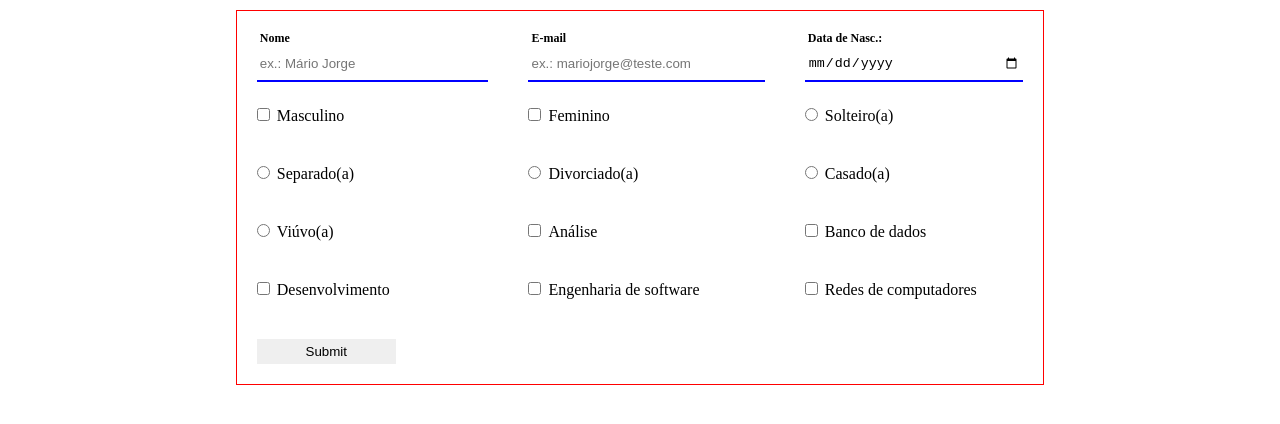
Repository: mjRibeiroTriscal/UVA_Projects
Page: Proj_A1_AVA2_2020_1/index.html
The author's editor kept a copy of each file at every save. The page is drawn from the files as they stood at one save, then again after the next save.
The browser window is 1280 px wide. The pictures show the whole page.

Above is the page before, as saved 2020-03-13 11:45:19.

### Proj_A1_AVA2_2020_1/index.html
<!--
*   @project     A1_AVA2_UVA_2020_1
*   @author      Mário Jorge (mariojgmaster@yahoo.com.br)
*   @Git         MJRibeiroTriscal (https://github.com/mjRibeiroTriscal)
-->

<html>

<head>
    <meta charset="UTF-8">
    <title>Tell Me About You</title>
    <!-- <link rel="icon" href="./favicon.png" sizes="16x16 32x32" type="image/png"> -->
    <script src="./script.js"></script>
    <link rel="stylesheet" href="./style.css" />
</head>

<body>
    <div id="container">

        <header>

        </header>

        <section>

            <form class="gridContainer" name="formUva" action="http://google.co">

                <div class="gridItem">
                    <label for="nome" class="labelFirst">Nome</label>
                    <input id="nome" type="text" name="nome" placeholder="ex.: Mário Jorge" />
                </div>
                <div class="gridItem">
                    <label for="email" class="labelFirst">E-mail</label>
                    <input id="email" type="text" name="email" placeholder="ex.: mariojorge@teste.com" />
                </div>

                <div class="gridItem">
                    <label for="dataNasc" class="labelFirst">Data de Nasc.:</label>
                    <input id="dataNasc" type="date" name="dataNasc" />
                </div>

                <div class="gridItem">
                    <input id="masc" type="checkbox" name="masc" />
                    <label for="masc">Masculino</label>
                </div>
                <div class="gridItem">
                    <input id="fem" type="checkbox" name="fem" />
                    <label for="fem">Feminino</label>
                </div>

                <div class="gridItem">
                    <input id="solteiro" type="radio" name="estCivil" />
                    <label for="solteiro">Solteiro(a)</label>
                </div>
                <div class="gridItem">
                    <input id="separado" type="radio" name="estCivil" />
                    <label for="separado">Separado(a)</label>
                </div>
                <div class="gridItem">
                    <input id="divorciado" type="radio" name="estCivil" />
                    <label for="divorciado">Divorciado(a)</label>
                </div>
                <div class="gridItem">
                    <input id="casado" type="radio" name="estCivil" />
                    <label for="casado">Casado(a)</label>
                </div>
                <div class="gridItem">
                    <input id="viuvo" type="radio" name="estCivil" />
                    <label for="viuvo">Viúvo(a)</label>
                </div>

                <div class="gridItem">
                    <input id="analise" type="checkbox" name="analise" />
                    <label for="analise">Análise</label>
                </div>
                <div class="gridItem">
                    <input id="bancoDados" type="checkbox" name="bancoDados" />
                    <label for="bancoDados">Banco de dados</label>
                </div>
                <div class="gridItem">
                    <input id="desenvolvimento" type="checkbox" name="desenvolvimento" />
                    <label for="desenvolvimento">Desenvolvimento</label>
                </div>
                <div class="gridItem">
                    <input id="engenhariaSoftware" type="checkbox" name="engenhariaSoftware" />
                    <label for="engenhariaSoftware">Engenharia de software</label>
                </div>
                <div class="gridItem">
                    <input id="redesComputadores" type="checkbox" name="redesComputadores" />
                    <label for="redesComputadores">Redes de computadores</label>
                </div>

                <div class="gridItem itemFlex">
                    <input type="submit" value="Submit">
                </div>

            </form>

        </section>

        <footer>

        </footer>

</body>

</html>

### Proj_A1_AVA2_2020_1/script.js
/*
 *   @project     A1_AVA2_UVA_2020_1
 *   @author      Mário Jorge (mariojgmaster@yahoo.com.br)
 *   @Git         MJRibeiroTriscal (https://github.com/mjRibeiroTriscal)
 */

### Proj_A1_AVA2_2020_1/style.css
/*
 *   @project     A1_AVA2_UVA_2020_1
 *   @author      Mário Jorge (mariojgmaster@yahoo.com.br)
 *   @Git         MJRibeiroTriscal (https://github.com/mjRibeiroTriscal)
 */

* {
    margin: 0px;
    padding: 0px;
}

#container {
    padding: 10px;
    display: flex;
    align-items: center;
    justify-content: center;
}

section {
    width: 80%;
    display: flex;
    align-items: center;
    justify-content: center;
}

section form.gridContainer {
    width: 80%;
}

label.labelFirst {
    font-size: 12px;
    font-weight: bold;
}

label {
    margin-left: 3px;
}

input {
    border: none;
    outline: none;
    box-shadow: 0;
}

input[type=text],
input[type=date] {
    width: 100%;
    height: 100%;
    padding: 1px 3px;
    border-bottom: 2px solid Blue;
}

input[type=submit] {
    width: 60%;
    height: 100%;
    padding: 5px;
}

.gridContainer {
    display: grid;
    border: 1px solid red;
    grid-template-columns: auto auto auto;
}

.gridItem {
    padding: 20px;
}

After the next save:
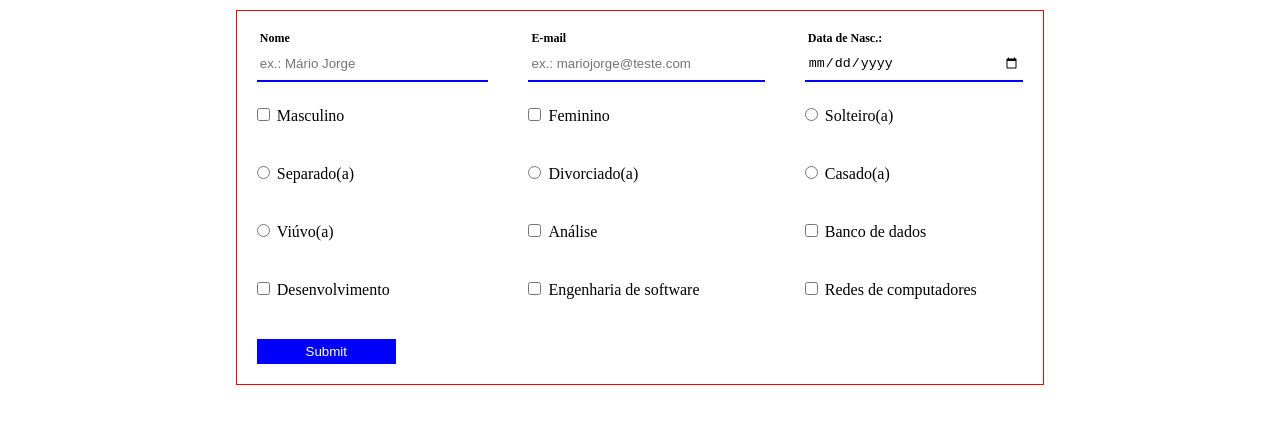
Saved 40 s later.
--- a/Proj_A1_AVA2_2020_1/style.css
+++ b/Proj_A1_AVA2_2020_1/style.css
@@ -54,6 +54,8 @@ input[type=submit] {
     width: 60%;
     height: 100%;
     padding: 5px;
+    color: #FFF;
+    background-color: blue;
 }
 
 .gridContainer {
